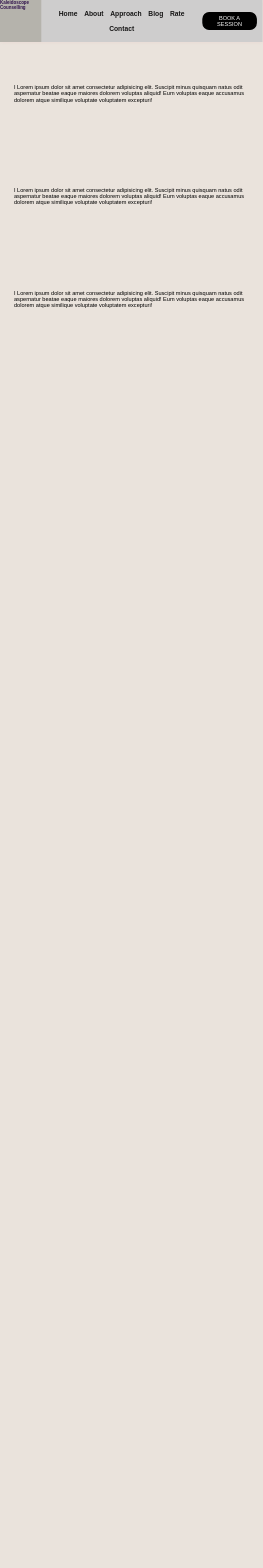
Repository: voutadi/Project1
Page: index.html
The author's editor kept a copy of each file at every save. The page is drawn from the files as they stood at one save, then again after the next save.
The browser window is 375 px wide. The pictures show the part of the page from y = 0 to 2240 px (the page is 3120 px tall), at 70% of full size.

Above is the page before, as saved 2024-07-08 22:48:42.

After the next save:
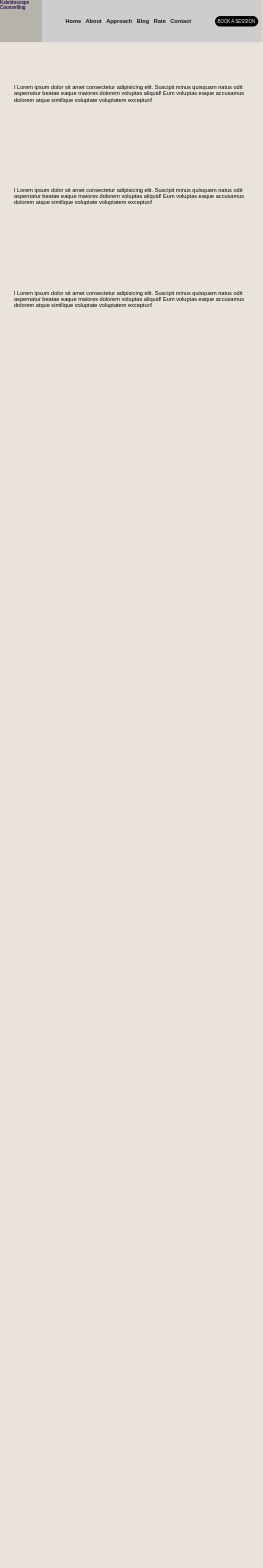
Saved 4 s later.
--- a/styles/style.css
+++ b/styles/style.css
@@ -93,9 +93,7 @@
 }
 @media (max-width: 380px) {
   body {
-    font-size: 0.4rem;
-
-  }/* Smaller font size */
+    font-size: 0.4rem;/* Smaller font size */
   button {
     font-size: 0.4rem;
     padding: 2px;

After the save that followed:
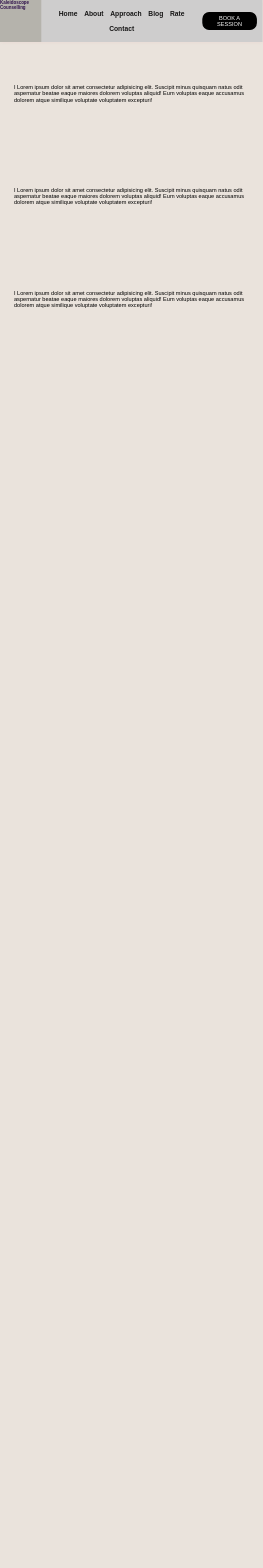
Saved 8 s later.
--- a/styles/style.css
+++ b/styles/style.css
@@ -93,7 +93,7 @@
 }
 @media (max-width: 380px) {
   body {
-    font-size: 0.4rem;/* Smaller font size */
+    font-size: 0.4rem;/* Smaller font size */}
   button {
     font-size: 0.4rem;
     padding: 2px;
